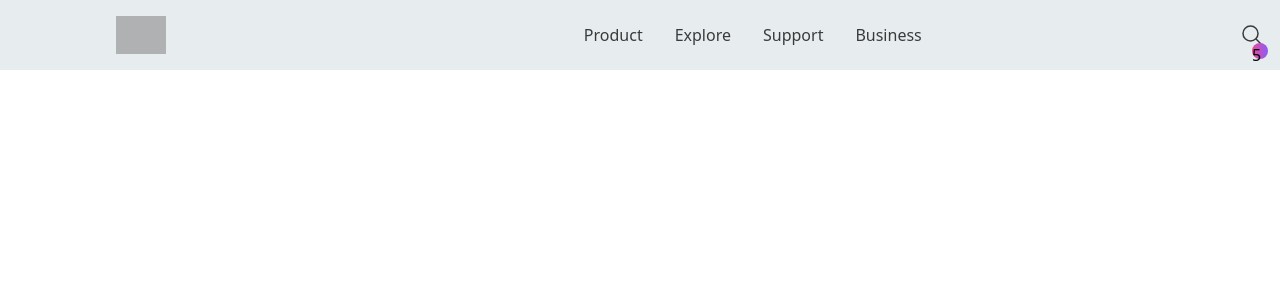
Repository: Deonorla/apple_redesign
Page: /
The author's editor kept a copy of each file at every save. The page is drawn from the files as they stood at one save, then again after the next save.
The browser window is 1280 px wide. The pictures show the whole page.
Pictures or frames that could not be fetched are drawn as grey boxes. The project was rebuilt for these pictures with package versions that can differ from the ones it lists, and the page was loaded fresh each time. The framework's server and built-in components were replaced by stand-ins that run in the browser. Also part of the build but not shown: next.config.js.

Above is the page before, as saved 2023-05-22 09:39:57.

### pages/_app.tsx
import '@/styles/globals.css'
import type { AppProps } from 'next/app'
import Head from 'next/head';

export default function App({ Component, pageProps }: AppProps) {
  return (
    <>
       <Head >
        <title>Apple Redesign</title>
      </Head>
    <Component {...pageProps} />
    </>
  )
}

### pages/index.tsx
import Image from 'next/image'
import { Inter } from 'next/font/google'
import Header from '@/components/Header'

const inter = Inter({ subsets: ['latin'] })

export default function Home() {
  return (
    <main>
       <Header />
    </main>
  )
}

### styles/globals.css
@tailwind base;
@tailwind components;
@tailwind utilities;

:root {
  --foreground-rgb: 0, 0, 0;
  --background-start-rgb: 214, 219, 220;
  --background-end-rgb: 255, 255, 255;
}

@media (prefers-color-scheme: dark) {
  :root {
    --foreground-rgb: 255, 255, 255;
    --background-start-rgb: 0, 0, 0;
    --background-end-rgb: 0, 0, 0;
  }
}

@layer components {
  .headerLink {
    @apply cursor-pointer opacity-75 transition hover:opacity-100;
  }
  .headerIcon {
    @apply h-6 w-6 cursor-pointer opacity-75 transition hover:opacity-100;
  }
}

### components/Header.tsx
import Image from "next/image";
import Link from "next/link";
import React from "react";
import {
  MagnifyingGlassIcon,
  ShoppingBagIcon,
  UserIcon,
} from "@heroicons/react/24/outline";

const Header = () => {
  return (
    <header className="sticky top-0 z-30 flex w-full items-center justify-between bg-[#E7ECEE] p-4">
      <div className="flex items-center justify-center md:w-1/5">
        <Link href="/">
          <div className="relative w-fit cursor-pointer opacity-75 transition hover:opacity-100 ">
            <Image
              src="https://www.freeiconspng.com/uploads/apple-icon-4.png"
              width={50}
              height={50}
              alt=""
            />
          </div>
        </Link>
      </div>
      <div className="hidden flex-1 items-center justify-center space-x-8 md:flex ">
        <a className="headerLink">Product</a>
        <a className="headerLink">Explore</a>
        <a className="headerLink">Support</a>
        <a className="headerLink">Business</a>
      </div>
      <div className="">
        <MagnifyingGlassIcon className="headerIcon" />
        <div className="relative cursor-pointer">
          <span className=" absolute  -right-1 -top-1 z-50 h-4 w-4 items-center justify-center rounded-full bg-gradient-to-r from-pink-500 to-violet-500">
            5
          </span>
        </div>
      </div>
    </header>
  );
};

export default Header;

Loaded but not shown: pages/_document.tsx (common file); tailwind.config.js (common file)

After the next save:
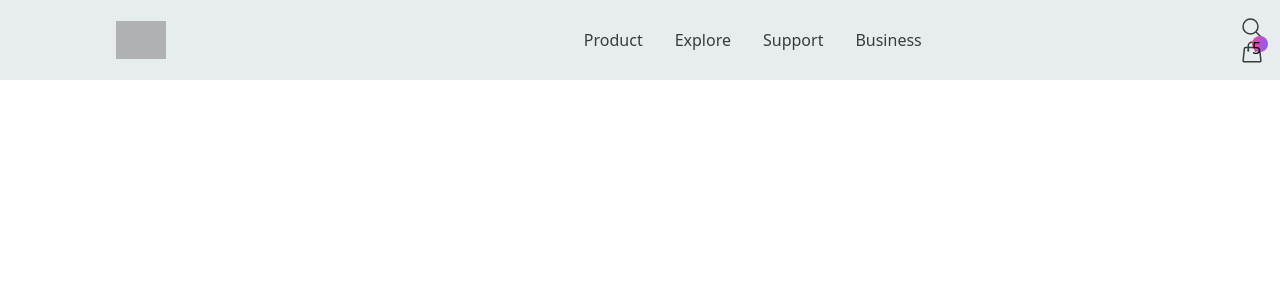
Saved 55 s later.
--- a/components/Header.tsx
+++ b/components/Header.tsx
@@ -34,6 +34,7 @@
           <span className=" absolute  -right-1 -top-1 z-50 h-4 w-4 items-center justify-center rounded-full bg-gradient-to-r from-pink-500 to-violet-500">
             5
           </span>
+          <ShoppingBagIcon className="headerIcon" />
         </div>
       </div>
     </header>
